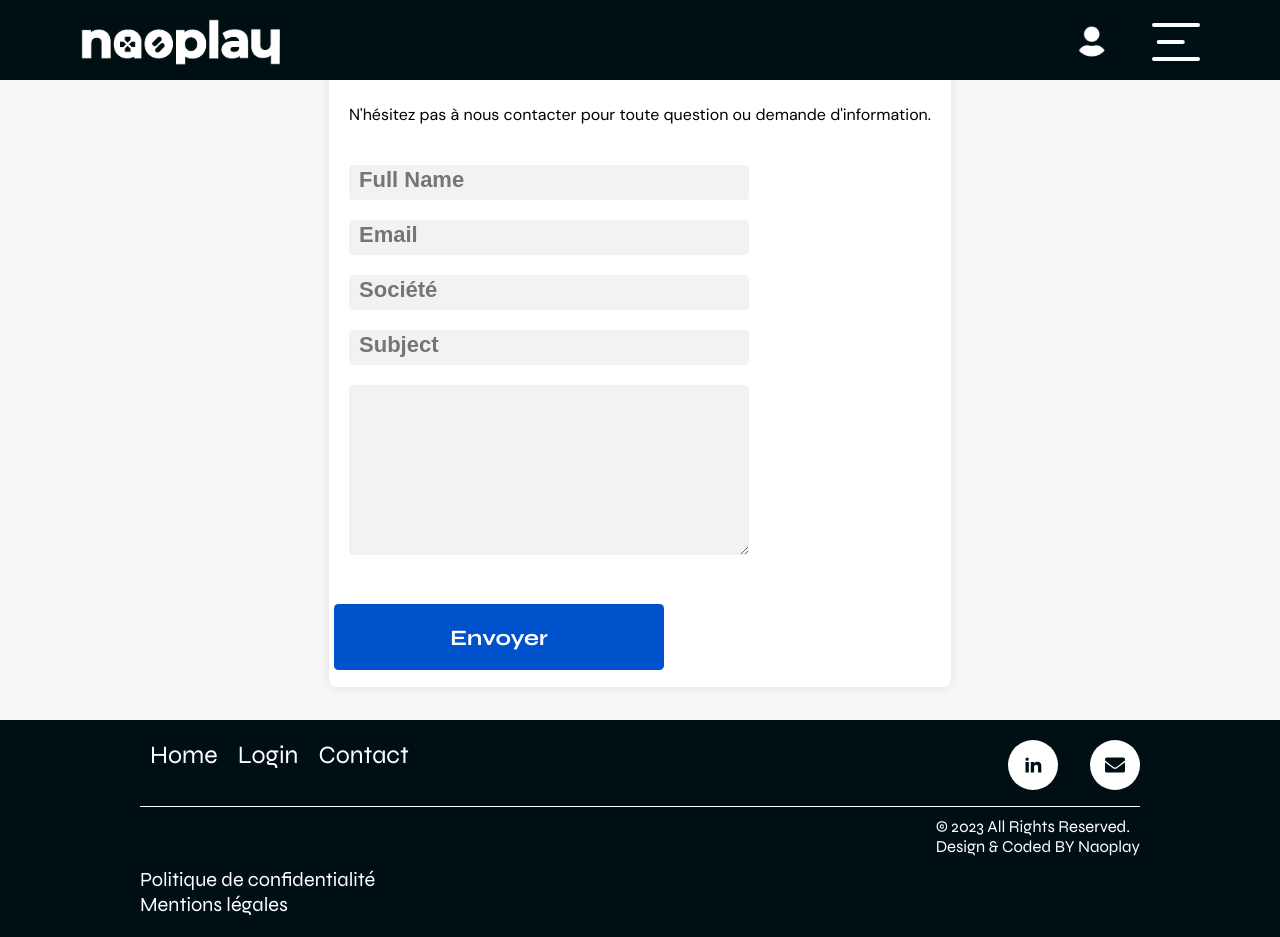
Repository: Hindsedrati/Naoplay
Page: /contact
An editor plug-in stored every save of this project. The page is shown before and after the next save, followed by the edit.
The browser window is 1280 px wide. The pictures show the whole page.
The pointer rests on the first visible `button[type="submit"]`.
The project was rebuilt for these pictures with package versions that can differ from the ones it lists, and the page was loaded fresh each time. Also part of the build but not shown: src/Pages/Login/index.jsx, src/Components/Const/index.jsx, src/Components/Partners/index.jsx, src/Components/Naoplay/index.jsx, src/Components/Api/index.jsx, src/Components/Digitalisation/index.jsx, src/Components/Gateway/index.jsx, src/Components/ApiManagement/index.jsx and 6 more.

Above is the page before, as saved 2023-05-10 12:44:33.

### public/index.html
<!DOCTYPE html>
<html lang="en">
  <head>
    <meta charset="utf-8" />
    <link href="https://fonts.googleapis.com/css2?family=Syne:wght@600;700&display=swap" rel="stylesheet">
    <link rel="apple-touch-icon" sizes="180x180" href="./favicons/apple-touch-icon.png">
    <link rel="icon" type="image/png" sizes="32x32" href="./favicons/favicon-32x32.png">
    <link rel="icon" type="image/png" sizes="16x16" href="./favicons/favicon-16x16.png">
    <link rel="manifest" href="./favicons/site.webmanifest">
    <link rel="mask-icon" href="./favicons/safari-pinned-tab.svg" color="#5bbad5">
    <meta name="viewport" content="width=device-width, initial-scale=1" />
    <meta name="theme-color" content="#000000" />
    <meta
      name="description"
      content="Web site created using create-react-app"
    />
    <link rel="apple-touch-icon" href="%PUBLIC_URL%/logo192.png" />
    <!--
      manifest.json provides metadata used when your web app is installed on a
      user's mobile device or desktop. See https://developers.google.com/web/fundamentals/web-app-manifest/
    -->
    <link rel="manifest" href="%PUBLIC_URL%/manifest.json" />
    <!--
      Notice the use of %PUBLIC_URL% in the tags above.
      It will be replaced with the URL of the `public` folder during the build.
      Only files inside the `public` folder can be referenced from the HTML.

      Unlike "/favicon.ico" or "favicon.ico", "%PUBLIC_URL%/favicon.ico" will
      work correctly both with client-side routing and a non-root public URL.
      Learn how to configure a non-root public URL by running `npm run build`.
    -->
    <title>NAOPLAY</title>
  </head>
  <body>
    <noscript>You need to enable JavaScript to run this app.</noscript>
    <div id="root"></div>
    <!--
      This HTML file is a template.
      If you open it directly in the browser, you will see an empty page.

      You can add webfonts, meta tags, or analytics to this file.
      The build step will place the bundled scripts into the <body> tag.

      To begin the development, run `npm start` or `yarn start`.
      To create a production bundle, use `npm run build` or `yarn build`.
    -->
  </body>
</html>

### src/style.scss
* {
    margin: 0;
    padding: 0;
    box-sizing: border-box;
}

.app-container {
    width: 100%;
    max-width: 100%;
    margin-left: auto;
    margin-right: auto;
}

.main-container {
    width: 100%;
    overflow-x: hidden;
}

@media screen and (min-width: 769px) and (max-width: 1900px) {
    .main-container {
        padding: 70px 80px 20px 80px;
    }
}
@media screen and (min-width: 1901px) {
    .main-container {
        padding: 150px 80px 20px 80px;
    }
}
@media screen and (max-width: 768px) {
    .main-container {
        padding: 1rem;
    }
}

### src/Pages/Contact/index.jsx
import React from 'react'
import './Contact.scss'

function contact () {
  return (
    <section class="contact-form">
  <div class="container">
    <h2>Contactez-nous</h2>
    <p>N'hésitez pas à nous contacter pour toute question ou demande d'information.</p>
    <form class="form-control card">
      <input type="text" placeholder="Full Name" name="user_name" required />
      <input type="email" placeholder="Email" name="user_email" required />
      <input type="text" placeholder="Société" name="societe" required />
      <input type="text" placeholder="Subject" name="subject" required />
      <textarea name="message" cols="30" rows="10"></textarea>
      <button type="submit" class="btn btn-primary">Envoyer</button>
    </form>
  </div>
</section>

  )
}

export default contact;

### src/Layouts/Footer/Index.jsx
import './footer.scss';
import { RiLinkedinFill } from "react-icons/ri";
import { FaEnvelope } from "react-icons/fa";

function Footer() {
  return (
    <footer>
      <div className="footer-content">
        <div className="footer-section links">
          <a href="/">Home</a>
          <a href="/login">Login</a>
          <a href="/Contact">Contact</a>
        </div>

        <div className="footer__icons">
          <a c href="https://www.linkedin.com/company/naoplay/" target="_blank" rel="noreferrer">
            <RiLinkedinFill />
          </a>
          <a  href="mailto:contact@naoplay.fr/" target="_blank" rel="noreferrer">
            <FaEnvelope />
          </a>
        </div>
      </div>

      <div className="footer-bottom">
        <small>&copy; 2023 All Rights Reserved.</small>
        <small>Design & Coded BY Naoplay </small>
      </div>

      <div className="footer-legal">
        <a href='/'>Politique de confidentialité</a>
        <a href='/'>Mentions légales</a>
      </div>
    </footer>
  );
}

export default Footer;

### src/Pages/Contact/Contact.scss

@import '../../Sass/variables.scss';
.contact-form {
  display: flex;
  justify-content: center;
  align-items: center;
  min-height: 100vh;
  background-color: #f7f7f7;
}

.container {
  background-color: #fff;
  border-radius: 8px;
  padding: 20px;
  box-shadow: 0px 0px 10px rgba(0, 0, 0, 0.1);
}

h2 {
  font-family: $syne;
  font-size: 25px;
  font-weight: 900;
  text-align: center;
  margin-bottom: 20px;
}

p {
  font-family: $Dm;

  text-align: center;
  margin-bottom: 40px;
}

.form-control {
  display: flex;
  flex-direction: column;
  align-items: center;
}

.card {
  width: 100%;
  max-width: 400px;
}

input[type="text"],
input[type="email"],
textarea {
  width: 100%;
  padding: 10px;
  margin-bottom: 20px;
  border: none;
  border-radius: 4px;
  background-color: #f2f2f2;
}

button[type="submit"] {
  background-color: #0066ff;
  color: #fff;
  border: none;
  padding: 10px 20px;
  border-radius: 4px;
  cursor: pointer;
  transition: background-color 0.3s;
}

button[type="submit"]:hover {
  background-color: #0052cc;
}

### src/Pages/Home/Home.scss
body{
    box-sizing: border-box;
    overflow-x: hidden;
}

### src/Layouts/Footer/footer.scss
@import '../../Sass/variables.scss';

footer {
  height: auto;
  color: $light;
  position: relative;
  background: $dark;
  padding: 20px 0;
  width: 100%;
}

.footer-content {
  font-size: 20px;
  display: flex;
  justify-content: space-between;
  max-width: 1000px;
  margin: 0 auto;
}

.footer-section {
  font-family: $syne;
  display: flex;
}

.links a,
.social a {
  color: #fff;
  text-decoration: none;
  padding: 0 10px;
  font-size: 25px;
}


.footer__icons{

        display: flex;
        gap: 2rem;
        margin-bottom: 1rem;

        a {
            width: 50px;
            height: 50px;
            display: inline-block;
            text-decoration: none;
            color: $dark;
            background-color: $light;
            border-radius: 50%;
            display: flex;
            justify-content: center;
            align-items: center;



        }

        a:hover {
            transform: scale(1.1);
            background-color: $dark;
            color: $light;
        }
}
.footer-bottom {
  font-family: $syne;
  display: grid;
  justify-content: flex-end;
  max-width: 1000px;
  margin: 0 auto;
  font-size: 20px;
  border-top: 1px solid #fff;
  padding-top: 10px;
}

.footer-legal {
  /*display: flex;
  align-items: flex-start;
  justify-content: flex-start;
  max-width: 1000px;
  margin: 0 auto;
  font-size: 20px;

  padding-top: 10px;*/
  display: grid;
  justify-content: flex-start;
  max-width: 1000px;
  margin: 0 auto;
  font-size: 20px;
  padding-top: 10px;

}

.footer-legal a {
  font-family: $syne;
  color: #fff;
  text-decoration: none;
  margin-right: 20px;
}

.footer-legal a:hover {
  text-decoration: underline;
}

### src/Sass/variables.scss
@import url('https://fonts.googleapis.com/css2?family=Syne:wght@200;400;500;600;700&display=swap');
@import url('https://fonts.googleapis.com/css2?family=DM+Sans:wght@200;400;500;600;700&display=swap');

@font-face {
    font-family: 'MonumentExtended';
    src: url('fonts/MonumentExtended-Regular.otf') format('truetype');
    font-weight: normal;
    font-style: normal;
}

$Dm: 'DM Sans', sans-serif;
$syne: 'Syne', sans-serif;

//colors
$dark: #000F14;
$light: white;
$primary: #00A8EB;
$bg: #fdfdfd;

### src/Components/Const/const.scss
@import '../../Sass/variables.scss';

.home {

  color: $light;
  background-image: url('../../assets/vision_naoplay.webp');
  background-size: cover;
  background-position: center;

  h1 {
    font-weight: bold;
    font-family: 'MonumentExtended', sans-serif;
  }

  h2 {
    font-family: $syne;
  }

  &__btn {
    text-decoration: none;
    color: $dark;
    display: inline-block;
    padding: 0.75rem 1.5rem;
    background-color: $light;
    font-family: $syne;
    font-size: 1rem;
    font-weight: 700;
    transition: background-color 0.3s ease;

    &:hover {
      background-color: $dark;
      color: $light;
    }
  }
}

@media screen and (min-width: 769px) and (max-width: 1900px) {
  .home {
    margin-top: 2rem;

    h1 {
      font-size: 70px;
      font-weight: 500;
    }

    h2 {
      margin-top: 80px;
      font-size: 32px;
      font-weight: 700;
      line-height: 40px;
    }

    &__btn {
      margin-top:150px;
    }
  }
}

/* Code ajouté pour centrer en version mobile */
@media screen and (max-width: 768px) {
  .home {
    //height: calc(100vh - 80px);
    //padding: 1rem;
    margin-top: 5rem;
    display: flex;
    justify-content: center;
    align-items: center;
    flex-direction: column;

    h1 {
      font-size: 30px;
      line-height: 45px;
      font-weight: 200;
    }

    h2 {
      margin-top: 50px;
      font-size: 20px;
      font-weight: 500;
      font-family: $Dm;
      line-height: 1.6;
    }

    &__btn {
      margin-top: 30px;
    }
  }
}

@media screen and (min-width: 1901px) {
  .home {
    height: 100vh;
    h1 {
      line-height: 5rem;
      font-size: 70px;
      font-weight: 500;
    }

    h2 {
      margin-top: 80px;
      font-size: 32px;
      font-weight: 700;
      line-height: 40px;
    }

    &__btn {
      margin-top: 80px;
    }
  }

}

### src/Components/Partners/partners.scss
@import '../../Sass/variables.scss';

.partners {
  min-height: 210px;
  background: $dark;
  color: $light;

  &__content {
    display: flex;
    align-items: center;
  }

  &__content h3 {
    font-family: 'MonumentExtended', sans-serif;
    color: $light;
  }
}

@media screen and (min-width: 769px) and (max-width: 1900px) {

  .partners {
    padding-left: 80px;
    display: grid;
    grid-template-columns: 1fr 3fr;

    &__content h3 {
      padding-right: 15px;
      font-size: 20px;
      font-weight: 500;
      line-height: 32px;
    }

    &__image {
      position: relative;
      width: auto;
      height: 70px;
      margin-top: 70px;
      overflow: hidden;
    }

    &__icons {
      position: absolute;
      display: flex;
      width: 150%;
      height: 70px;
      top: 0;
      left: 30px;
      color: #fff;

      animation-name: IconeMove;
      animation-duration: 7s;
      animation-iteration-count: infinite;
      animation-direction: alternate;
      animation-timing-function: ease-in-out;

      @keyframes IconeMove {
        from {
          transform: translateX(-25%);
        }

        to {
          transform: translateX(0);
        }
      }
    }

    &__icons img {
      height: 100%;
      width: auto;
      margin-right: 70px;

    }
  }
}

@media screen and (min-width: 1901px) {

  .partners {
    padding-left: 80px;
    display: grid;
    grid-template-columns: 1fr 3fr;

    &__content h3 {
      padding-right: 15px;
      font-size: 25px;
      font-weight: 500;
      line-height: 32px;
    }

    &__image {
      position: relative;
      width: auto;
      height: 70px;
      margin-top: 70px;
      overflow: hidden;
    }

    &__icons {
      position: absolute;
      display: flex;
      width: 150%;
      height: 70px;
      top: 0;
      left: 30px;
      color: #fff;

      animation-name: IconeMove;
      animation-duration: 9s;
      animation-iteration-count: infinite;
      animation-direction: alternate;
      animation-timing-function: ease-in-out;

      @keyframes IconeMove {
        from {
          transform: translateX(-25%);
        }

        to {
          transform: translateX(0);
        }
      }
    }

    &__icons img {
      height: 100%;
      width: auto;
      margin-right: 70px;

    }
  }
}

@media screen and (max-width: 768px) {

  .partners {
    padding: 1rem;

    &__content h3 {
      font-size: 20px;
      font-weight: 500;
      line-height: 32px;
    }

    &__image {
      position: relative;
      width: auto;
      height: 70px;
      margin-top: 50px;
      overflow: hidden;
    }

    &__icons {
      position: absolute;
      display: flex;
      width: 150%;
      height: 60px;
      top: 0;
      left: 30px;
      color: #fff;

      animation-name: IconeMove;
      animation-duration: 5s;
      animation-iteration-count: infinite;
      animation-direction: alternate;
      animation-timing-function: ease-in-out;

      @keyframes IconeMove {
        from {
          transform: translateX(-200%);
        }

        to {
          transform: translateX(0);
        }
      }
    }

    &__icons img {
      height: 100%;
      width: auto;
      margin-right: 70px;

    }
  }
}

### src/Components/Digitalisation/digital.scss
@import '../../Sass/variables.scss';

.digital {
  background-image: url('../../assets/eye-naoplay.webp');
  background-size: cover;
  background-position: center;
  width: 100%;
  height: 50vh;
  object-fit: none;
  color: $light;
  display: flex;
  align-items: center;
  justify-content: center;

  &__content {
    width: 100%;
    max-width: 960px;
    margin: 0 auto;
    padding: 0 1rem;
    text-align: center;
  }

  &__title {
    font-family: 'MonumentExtended', sans-serif;

    margin: 0;
    font-size: 2rem;
    line-height: 1;

  }

  @media screen and (max-width: 768px) {
    .digital{
      display: none;
    }
  }
}
@media screen and (min-width: 769px) and (max-width: 1900px) {
  .digital{
    display: none;
  }
}
@media screen and (min-width: 1900px){
  .digital{
    display: none;
  }
}

### src/Components/Gateway/gateway.scss
@import '../../Sass/variables.scss';

.Gateway{
    height: 100vh;
    padding: 100px;
    color: $dark;

    &__title {
        font-family: 'MonumentExtended', sans-serif;
    }

    &__content::-webkit-scrollbar {
        width: 0;
    }

}


@media screen and (min-width: 769px) and (max-width: 1900px) {
    .Gateway{
        display: grid;
        grid-template-columns: 1fr 2fr;
        align-items: center;

        &__content__child p{
            line-height: 4rem;
            font-family: $syne;
            font-size: 24px;
            font-weight: bold;
        }
    }

    .partone{
        display: block;
        height: calc(100vh - 200px);
        padding: 8rem 4rem 4rem;
        text-align: right;
        background: $dark;
        color: $light;
    }

    .partone:hover{
        background-color: $primary;
        scroll-behavior: smooth;
    }

    .parttwo{
        position: relative;
        height: calc(100vh - 200px);

        .Gateway__title {
            position: absolute;
            top: 0;
            bottom: 0;
            display: flex;
            align-items: center;
            margin-left: 6rem;
            font-size: 56px;
            vertical-align: middle;
        }

        .G1, .G2, .G3, .G4, .G5 {
            display: inline-block;
            margin-top: 5vh;
            margin-bottom: 5vh;
            border-bottom: 1rem solid $primary;
            border-right: 2rem solid transparent;
            line-height: 36px;
        }

        .G1{
            margin-left: 15%;
        }

        .G2{
            margin-left: 50%;
        }

        .G3{
            margin-left: 80%;
        }

        .G4{
            margin-left: 50%;
        }

        .G5{
            margin-left: 15%;
        }
    }
}

@media screen and (min-width: 1901px) {
    .Gateway{
        display: grid;
        grid-template-columns: 1fr 2fr;
        align-items: center;

        &__content__child p{
            line-height: 9rem;
            font-family: $syne;
            font-size: 30px;
            font-weight: bold;
        }
        .items{
            margin-top: 3rem;
        }
    }

    .partone{
        display: block;
        height: calc(100vh - 200px);
        padding: 4rem 4rem 4rem;
        text-align: right;
        background: $dark;
        color: $light;
    }

    .partone:hover{
        background-color: $primary;
        scroll-behavior: smooth;
    }

    .parttwo{
        position: relative;
        height: calc(100vh - 200px);

        .Gateway__title {
            position: absolute;
            top: 0;
            bottom: 0;
            display: flex;
            align-items: center;
            margin-left: 6rem;
            font-size: 56px;
            vertical-align: middle;
        }

        .G1, .G2, .G3, .G4, .G5 {
            display: inline-block;
            margin-top: 5vh;
            margin-bottom: 5vh;
            border-bottom: 1rem solid $primary;
            border-right: 2rem solid transparent;
            line-height: 36px;
        }

        .G1{
            margin-left: 15%;
        }

        .G2{
            margin-left: 50%;
        }

        .G3{
            margin-left: 80%;
        }

        .G4{
            margin-left: 50%;
        }

        .G5{
            margin-left: 15%;
        }
    }
}

@media screen and (max-width: 768px) {
    .Gateway{
        display: none;
    }
}

### src/Components/Management/management.scss
@import '../../Sass/variables.scss';

.management {
    background: $primary;
    color: $light;

    &__title {
        font-family: 'MonumentExtended', sans-serif;
    }

    &__content::-webkit-scrollbar {
        width: 0;
    }
}

@media screen and (min-width: 769px) and (max-width: 1900px) {
    .management {
        min-height: 100vh;

        &__title {
            display: none;
        }

        &__content {
            width: 100%;
            min-height: 250px;
            padding: 30px 100px;
            display: flex;
            flex-flow: row nowrap;
            gap: 100px;
            font-family: $syne;
            font-size: 20px;
            font-weight: 400;
            line-height: 30px;
            position: relative;

            .arrow_1 {
                display: none;
            }

            .arrow_2 {
                display: none;
            }

            & p {
                margin-top: .8rem;
                font-family: $Dm;
            }
        }
    }
}

@media screen and (min-width: 1901px) {
    .management {
        min-height: 100vh;

        &__title {
            display: none;
        }

        &__content {
            width: 100%;
            min-height: 250px;
            padding: 30px 100px;
            display: flex;
            flex-flow: row nowrap;
            gap: 100px;
            font-family: $syne;
            font-size: 20px;
            font-weight: 400;
            line-height: 30px;
            position: relative;

            .arrow_1 {
                display: none;
            }

            .arrow_2 {
                display: none;
            }

            & p {
                font-size: 25px;
                margin-top: .8rem;
                font-family: $Dm;
            }
        }
    }
}

@media screen and (max-width: 768px) {
    .management {
        padding: 2.5rem 1rem;

        &__content {
            display: flex;
            flex-flow: row nowrap;
            gap: 2rem;
            font-family: $syne;
            font-size: 25px;
            font-weight: 500;
            line-height: 30px;
            overflow: scroll;
            position: relative;

            &__child {
                min-width: 100%;
            }

            .arrow_1 {
                position: absolute;
                bottom: 2px;
                right: 10px;
                font-size: 30px;
                color: $primary;
                background: $light;
                display: flex;
                align-items: center;
                justify-content: center;
                border-radius: 50%;
                width: 40px;
                height: 40px;
            }

            .arrow_2 {
                position: absolute;
                bottom: 2px;
                right: -23rem;
                font-size: 2rem;
                background: $light;
                color: $primary;
                display: flex;
                align-items: center;
                justify-content: center;
                border-radius: 50%;
                width: 40px;
                height: 40px;
            }
        }

        &__title {
            margin-top: 30px;
            font-size: 30px;
            line-height: 30px;
            font-weight: 100;
        }

        &__content {
            font-size: 25px;
            font-weight: 700;
            line-height: 30px;
        }

        & p {
            margin-top: 30px;
            padding: 0rem 1rem;
        }
    }



}

Loaded but not shown: src/reportWebVitals.js (common file); src/index.js (34 lines, source omitted); src/Layouts/Header/header.scss (458 lines, source omitted); src/Components/ApiManagement/api_m.scss (329 lines, source omitted); src/Components/Api/api.scss (344 lines, source omitted); src/Components/Naoplay/naoplay.scss (359 lines, source omitted); src/Layouts/Header/Index.jsx (115 lines, source omitted); src/Pages/Error403/Error403.scss (201 lines, source omitted); src/Components/Mentorat/mentorat.scss (204 lines, source omitted); src/Components/Proxisation/proxi.scss (219 lines, source omitted); src/Pages/Error404/Error.scss (200 lines, source omitted); src/Pages/Login/login.scss (182 lines, source omitted)

After the next save:
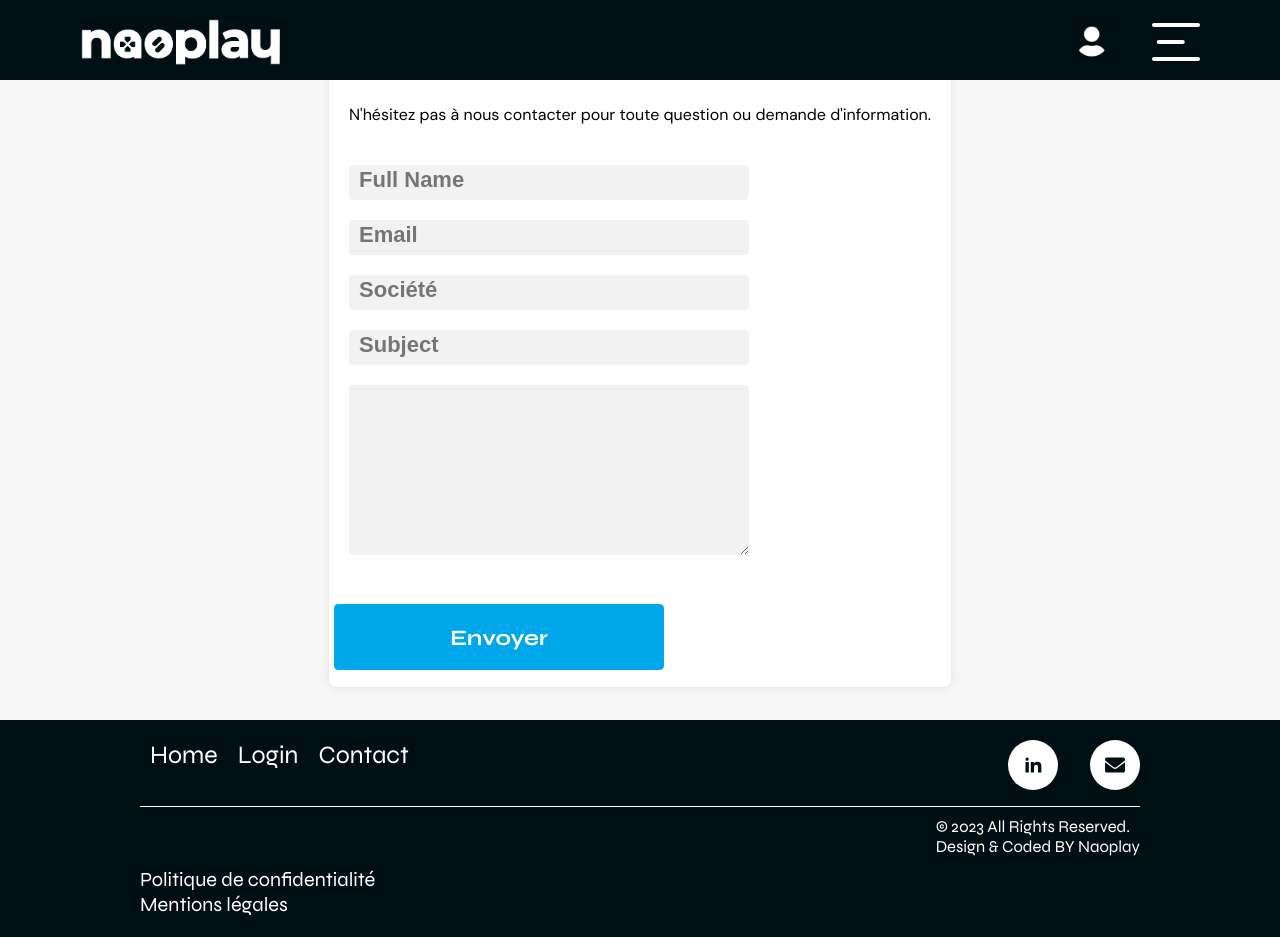
Saved 7 min 14 s later.
--- a/src/Pages/Contact/Contact.scss
+++ b/src/Pages/Contact/Contact.scss
@@ -63,5 +63,5 @@
 }
 
 button[type="submit"]:hover {
-  background-color: #0052cc;
+  background-color: $primary;
 }
